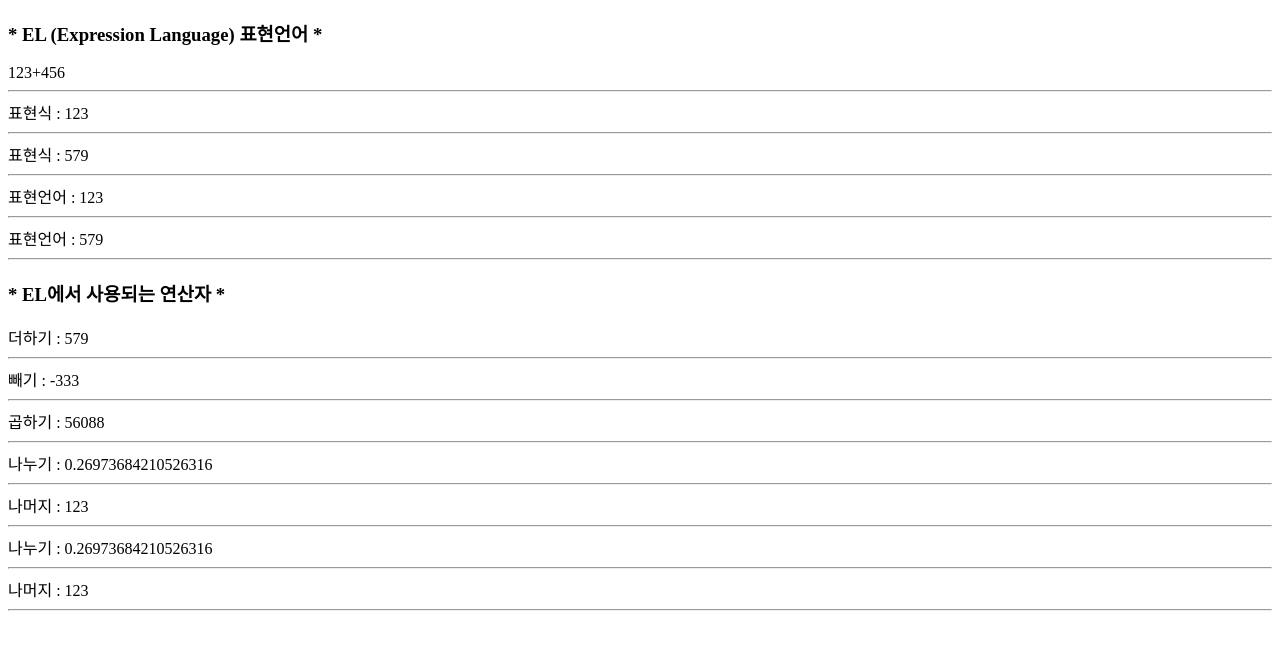
Repository: wlsgml0156/basicJava
Page: http://localhost/mvcTest/el/elTest3.jsp
The author's editor kept a copy of each file at every save. The page is drawn from the files as they stood at one save, then again after the next save.
The browser window is 1280 px wide. The pictures show the whole page.
The page is served by Tomcat 9.

Above is the page before, as saved 2020-01-30 01:36:52.

After the next save:
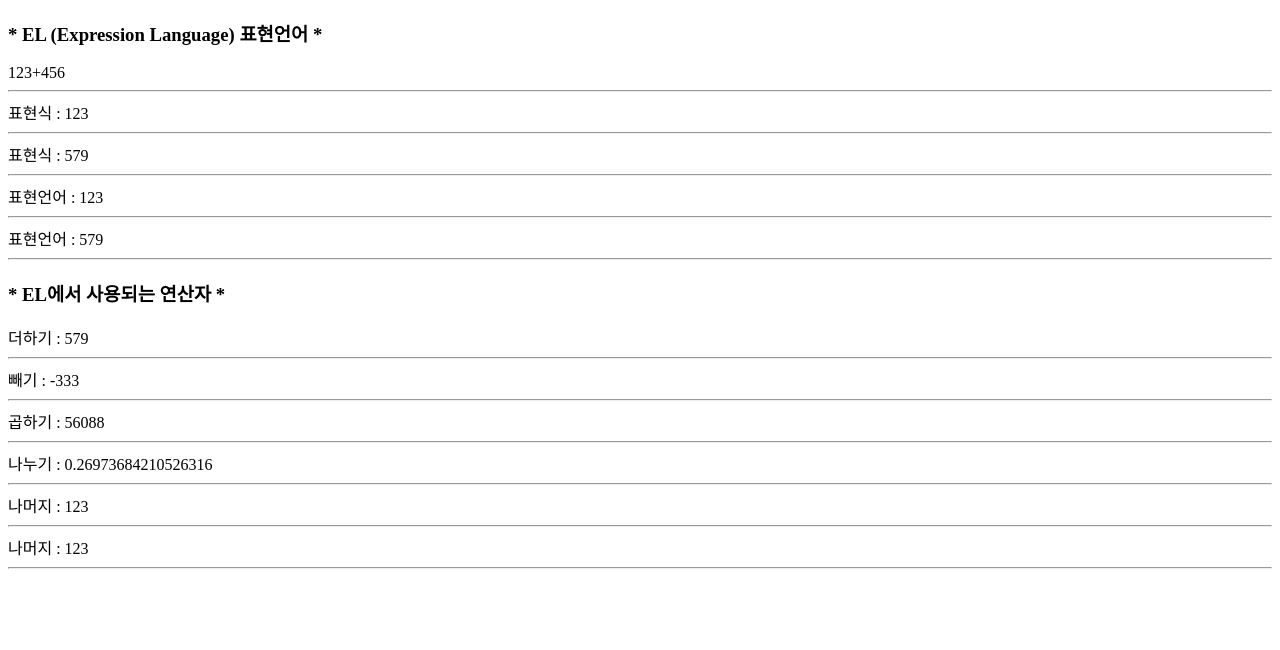
Saved 37 s later.
--- a/mvcTest/WebContent/el/elTest3.jsp
+++ b/mvcTest/WebContent/el/elTest3.jsp
@@ -19,7 +19,7 @@
 곱하기 :  ${123*456} <hr>
 나누기 :  ${123/456} <hr>
 나머지 :  ${123%456} <hr>
-나누기 :  ${123 div 456} <hr>
+<!-- 나누기 :  ${123 div 456} <hr>  -->
 나머지 :  ${123 mod 456} <hr>
 
 
